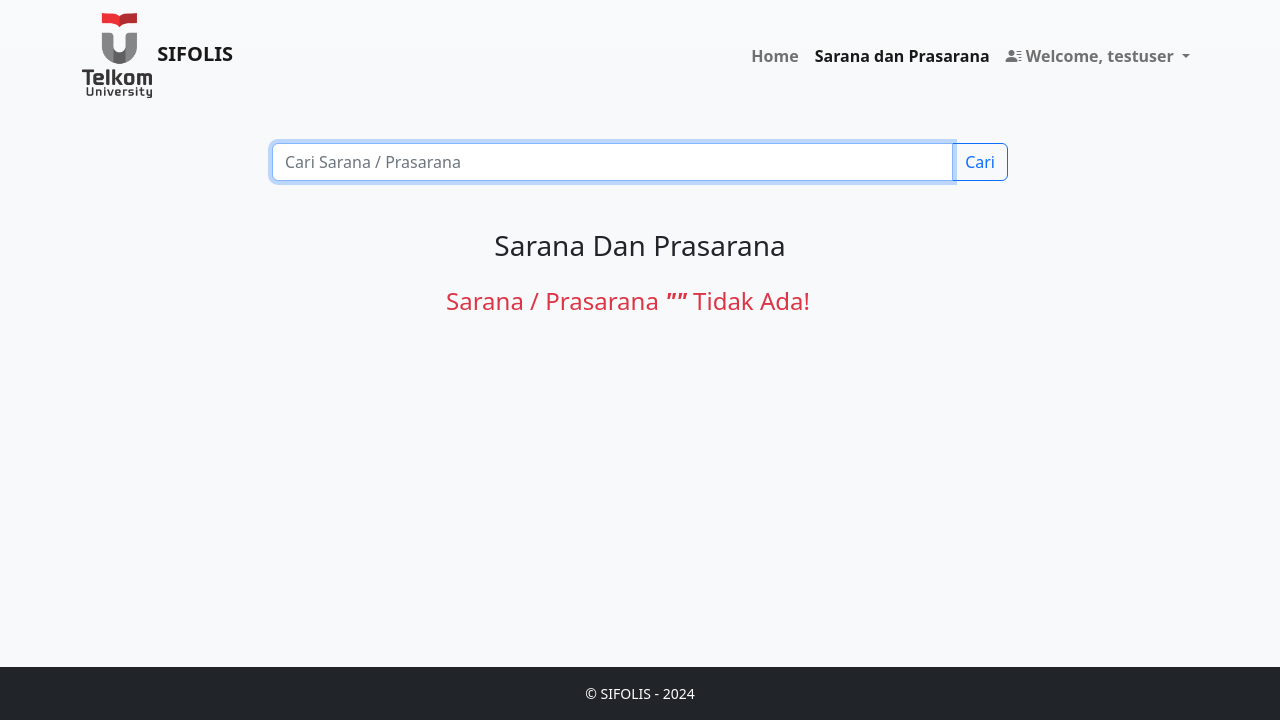
Repository: Audi87/uas_framework
Page: http://localhost/sarana dan prasarana
An editor plug-in stored every save of this project. The page is shown before and after the next save, followed by the edit.
The browser window is 1280 px wide. The pictures show the whole page.
Some web libraries are served in a nearby version. The page is served by the project's Laravel application, run on PHP 8.4 with Laravel 10. A made-up administrator, Test User (test@example.com), is signed in. Other server files are loaded and not shown. Queries for data that is not in the repository find no rows.

Above is the page before, as saved 2024-06-13 21:37:16.

### routes/web.php
<?php

use App\Http\Controllers\{
    BarangController, ContactController, CustumerController, DataPeminjamanController, HistoryController,
    Home, LoginController, PeminjamanController, ProfilController, RegistrasiController,
    SaranaDanPrasaranaController, AdminController
};
use Illuminate\Support\Facades\Route;


Route::get('/', [Home::class, 'index'])->middleware('auth');

Route::get('/login', [LoginController::class, 'index'])->name('login')->middleware('guest');
Route::post('/login', [LoginController::class, 'login']);
Route::post('/logout', [LoginController::class, 'logout']);

Route::get('/registrasi', [RegistrasiController::class, 'index'])->middleware('guest');
Route::post('/registrasi', [RegistrasiController::class, 'registrasi']);

Route::get('/dashboard', function() {
    return view('dashboard.index', ['title' => 'Dashboard Admin']);
})->middleware('admin');

Route::get('/profil/{user:id}', [ProfilController::class, 'index'])->middleware('auth');

Route::get('/sarana dan prasarana', [SaranaDanPrasaranaController::class, 'index'])->middleware('auth');
Route::resource('/sarana-prasarana', BarangController::class)->middleware('admin');

Route::get('/peminjaman/{barang:id}', [PeminjamanController::class, 'index'])->middleware('auth');
Route::post('/peminjaman/{barang:id}', [PeminjamanController::class, 'peminjaman'])->middleware('auth');

Route::get('/history/{user:id}', [HistoryController::class, 'index'])->middleware('auth');

Route::get('/kembalikan/{id}', [PeminjamanController::class, 'kembalikan'])->middleware('auth');
Route::get('/detail-peminjaman/{id}', [PeminjamanController::class, 'detailPeminjaman'])->middleware('auth');

Route::get('/category/{id}', [SaranaDanPrasaranaController::class, 'category'])->middleware('auth');

Route::get('/custumer', [CustumerController::class, 'index'])->middleware('admin');
Route::get('/custumer/{user:id}', [CustumerController::class, 'detail'])->middleware('admin');

Route::get('/data-peminjaman', [DataPeminjamanController::class, 'index'])->middleware('admin');
Route::get('/data-peminjaman/{id}', [DataPeminjamanController::class, 'detail'])->middleware('admin');

Route::get('/contact', [ContactController::class, 'index'])->middleware('auth');

### app/Models/User.php
<?php

namespace App\Models;

// use Illuminate\Contracts\Auth\MustVerifyEmail;
use Illuminate\Database\Eloquent\Factories\HasFactory;
use Illuminate\Foundation\Auth\User as Authenticatable;
use Illuminate\Notifications\Notifiable;
use Laravel\Sanctum\HasApiTokens;

class User extends Authenticatable
{
    use HasApiTokens, HasFactory, Notifiable;

    /**
     * The attributes that are mass assignable.
     *
     * @var array<int, string>
     */
    // protected $fillable = [
    //     'name',
    //     'email',
    //     'password',
    // ];

    /**
     * The attributes that should be hidden for serialization.
     *
     * @var array<int, string>
     */
    protected $hidden = [
        'password',
        'remember_token',
    ];

    /**
     * The attributes that should be cast.
     *
     * @var array<string, string>
     */
    protected $casts = [
        'email_verified_at' => 'datetime',
    ];

    protected $guarded = ['id'];

    public function peminjaman(){
        return $this->belongsTo(Peminjaman::class);
    }
}

### app/Http/Controllers/SaranaDanPrasaranaController.php
<?php

namespace App\Http\Controllers;

use App\Models\Barang;
use App\Models\Category;
use Illuminate\Http\Request;

class SaranaDanPrasaranaController extends Controller
{

    // FUnction untuk menampilakn data sarana sesuai category
    public function category(Request $request, $id)
    {
        $category = Category::where('id', $id)->first();
        $barang = Barang::where('category_id', $id)->get();

        if($request->search){
            return view('SaranaPrasarana.index', [
                'title' => $category->category . ' All',
                'barangs' => Barang::where('nama_barang', 'LIKE', '%' . $request->search . '%')->latest()->paginate(10),
                'categories' => Category::all()
            ]);
        }else{
            return view('SaranaPrasarana.index', [
                'title' => $category->category . ' All',
                'barangs' => $barang,
                'categories' => Category::all()
            ]);
        }
    }

    // Function untuk pecarian barang
    public function index(Request $request)
    {
        if($request->search){
            return view('SaranaPrasarana.index', [
                'title' => 'Sarana Dan Prasarana',
                'categories' => Category::all(),
                'barangs' => Barang::where('nama_barang', 'LIKE', '%' . $request->search . '%')->latest()->paginate(10)
            ]);
        }else{
            return view('SaranaPrasarana.index', [
                'title' => 'Sarana Dan Prasarana',
                'categories' => Category::all(),
                'barangs' => Barang::all()
            ]);
        }
    }

}

### app/Models/Category.php
<?php

namespace App\Models;

use Illuminate\Database\Eloquent\Factories\HasFactory;
use Illuminate\Database\Eloquent\Model;

class Category extends Model
{
    use HasFactory;

    protected $guarded = ['id'];

    public function barang(){
        return $this->hasMany(Barang::class);
    }

}

### app/Models/Barang.php
<?php

namespace App\Models;

use Illuminate\Database\Eloquent\Factories\HasFactory;
use Illuminate\Database\Eloquent\Model;

class Barang extends Model
{
    protected $table = 'barangs';
    use HasFactory;

    protected $guarded = ['id'];

    public function category()
    {
        return $this->belongsTo(Category::class);
    }

    public function peminjamanDetail()
    {
        return $this->hasMany(PeminjamanDetail::class);
    }

    protected $fillable = [
        'category_id',
        'nama_barang',
        'stok',
        'image',
    ];

}

### resources/views/SaranaPrasarana/index.blade.php
@extends('layouts.main')

@section('content')

    <div class="container-fluid ">
        <div class="container">

            <div class="row mt-3 py-3">
                <div class="col-lg-8 offset-lg-2 col-md-8 offset-md-2 col-sm-8 offset-sm-2 col-12">
                    {{-- Form Search --}}
                    <form action="" method="get">
                        <div class="input-group mb-3">
                            <input type="text" class="form-control" placeholder="Cari Sarana / Prasarana" name="search"
                                value="{{ request('search') }}" autofocus>
                            <button class="btn btn-outline-primary" type="submit" id="button-addon2">Cari</button>
                        </div>
                    </form>
                    {{-- End Form --}}
                </div>
            </div>

            {{-- Jika ada pencarian --}}
            @if (request('search'))
                <div class="row mb-3 text-center mb-3">
                    <div class="col-lg-12">
                        @if ($barangs->count() > 0)
                            <p class="text-success">Pencarian Sarana atau Prasarana <strong
                                    style="font-style: italic">"{{ request('search') }}"</strong> ditemukan!</p>
                        @else
                            <p class="text-danger">Pencarian Sarana atau Prasarana <strong
                                    style="font-style: italic">"{{ request('search') }}"</strong> tidak ditemukan!</p>
                        @endif
                    </div>
                </div>
            @endif
            {{-- End pencarian --}}

            <div class="row mb-3 text-center text-white gx-1">
                @foreach ($categories as $category)
                    <div class="col-lg-3 col-md-3 col-sm-3 col-3">
                        <a href="/category/{{ $category->id }}" class="text-decoration-none text-white">
                            <div class="card bg-primary p-4">
                                <h3>{{ $category->category }}</h3>
                            </div>
                        </a>
                    </div>
                @endforeach
            </div>

            <div class="row text-center mb-3">
                <div class="col-lg-12">
                    <h3>{{ $title }}</h3>
                </div>
            </div>

            {{-- Sarana dan prasana --}}
            @if ($barangs->count() > 0)
                <div class="row mb-3 gx-1">
                    @foreach ($barangs as $barang)
                        <div class="col-lg-4 mb-2">
                            <div class="card p-3" style="align-items: center" >

                                <a href="{{ asset('storage/' . str_replace('public/', '', $barang->image)) }}" target="_blank">
                                    <img src="{{ asset('storage/' . str_replace('public/', '', $barang->image)) }}" width="150px"
                                        title="{{ $barang->nama_barang }}">
                                </a>
                                <div class="card-body">
                                    <h5 class="card-title">{{ $barang->nama_barang }}</h5>
                                    <p class="card-text"><strong>Stok : </strong>{{ $barang->stok }}</p>
                                    <p class="card-text"><strong>Category : </strong>{{ $barang->category->category }}</p>
                                    <a href="/peminjaman/{{ $barang->id }}" class="btn btn-primary btn-sm">Pinjam</a>
                                </div>
                            </div>
                        </div>
                    @endforeach
                </div>
            @else
                <div class="row text-center text-danger">
                    <div class="row mb-3">
                        <h4>Sarana / Prasarana <strong style="font-style: italic">"{{ request('search') }}"</strong> Tidak
                            Ada!</h4>
                    </div>
                </div>
            @endif

            {{-- End sarana dan prasarana --}}

        </div>
    </div>

@endsection

### resources/views/layouts/main.blade.php
<!doctype html>
<html lang="en">
  <head>
    <meta charset="utf-8">
    <meta name="viewport" content="width=device-width, initial-scale=1">
    <title>{{ $title }}</title>

    <link rel="stylesheet" href="/css/stylee.css">

    {{-- Link Aos --}}
    <link rel="stylesheet" href="https://unpkg.com/aos@next/dist/aos.css" />

    {{-- Link Icons Bootstrap --}}
    <link rel="stylesheet" href="https://cdn.jsdelivr.net/npm/bootstrap-icons@1.9.1/font/bootstrap-icons.css">

    <link href="https://cdn.jsdelivr.net/npm/bootstrap@5.2.0/dist/css/bootstrap.min.css" rel="stylesheet" integrity="sha384-gH2yIJqKdNHPEq0n4Mqa/HGKIhSkIHeL5AyhkYV8i59U5AR6csBvApHHNl/vI1Bx" crossorigin="anonymous">
    <link href="https://fonts.googleapis.com/css2?family=Poppins:wght@400;500;600&display=swap" rel="stylesheet">
    <link rel="stylesheet" href="https://cdnjs.cloudflare.com/ajax/libs/font-awesome/6.4.0/css/all.min.css"
        integrity="sha512-iecdLmaskl7CVkqkXNQ/ZH/XLlvWZOJyj7Yy7tcenmpD1ypASozpmT/E0iPtmFIB46ZmdtAc9eNBvH0H/ZpiBw=="
        crossorigin="anonymous" referrerpolicy="no-referrer" />
  </head>
  <body class="bg-light">

    {{-- Include navbar --}}
    @include('navbar.navbar')

    {{-- Content --}}
    @yield('content')
    {{-- End Content --}}

    {{-- Include Footer --}}
    @include('footer.footer')

    <script src="https://cdn.jsdelivr.net/npm/bootstrap@5.2.0/dist/js/bootstrap.bundle.min.js" integrity="sha384-A3rJD856KowSb7dwlZdYEkO39Gagi7vIsF0jrRAoQmDKKtQBHUuLZ9AsSv4jD4Xa" crossorigin="anonymous"></script>

    <script src="https://unpkg.com/aos@next/dist/aos.js"></script>
    <script>
      AOS.init();
    </script>

    {{-- Js Jquery --}}
    <script src="/js/jquery.js"></script>

    {{-- Script js --}}
    <script src="/js/script.js"></script>

  </body>
</html>

### resources/views/navbar/navbar.blade.php
{{-- Navbar --}}
<nav class="navbar navbar-expand-lg bg-light bg-gradient navbar-light">
    <div class="container">
        <a class="navbar-brand" href="/"><img src="img/logo.png" width="70" alt="" data-aos="flip-left"
                data-aos-duration="2000"> SIFOLIS </a>
        <button class="navbar-toggler" type="button" data-bs-toggle="collapse" data-bs-target="#navbarNav"
            aria-controls="navbarNav" aria-expanded="false" aria-label="Toggle navigation">
            <span class="navbar-toggler-icon"></span>
        </button>
        <div class="collapse navbar-collapse" id="navbarNav">
            <ul class="navbar-nav ms-auto">
                <li class="nav-item">
                    <a class="nav-link {{ Request::is('/') ? 'active' : '' }}" aria-current="page"
                        href="/">Home</a>
                </li>
                <li class="nav-item">
                    <a class="nav-link {{ Request::is('sarana dan prasarana') ? 'active' : '' }}" aria-current="page"
                        href="/sarana dan prasarana">Sarana dan Prasarana</a>
                </li>

                @auth
                    <li class="nav-item dropdown">
                        <a class="nav-link dropdown-toggle" href="#" role="button" data-bs-toggle="dropdown"
                            aria-expanded="false">
                            <i class="bi bi-person-lines-fill"></i> Welcome, {{ auth()->user()->username }}
                        </a>
                        <ul class="dropdown-menu">
                            @can('admin')
                                <li><a class="dropdown-item" href="/dashboard">Dashboard Admin</a></li>
                            @endcan
                            <li><a class="dropdown-item" href="/history/{{ auth()->user()->id }}">Peminjaman</a></li>
                            <li><a class="dropdown-item" href="/contact">Contact Us</a></li>
                            <li><a class="dropdown-item" href="/profil/{{ auth()->user()->id }}"><i
                                        class="bi bi-person-lines-fill"></i> My Profil</a></li>
                            <li>
                                <hr class="dropdown-divider">
                            </li>
                            {{-- Form Logout --}}
                            <form action="/logout" method="post">
                                @csrf
                                <button type="submit" class="dropdown-item"
                                    onclick="return confirm('sure want to go out?')"><i class="bi bi-box-arrow-in-left"></i>
                                    Logout</button>
                            </form>
                            {{-- End From --}}
                        </ul>
                    </li>
                @else
                    <li class="nav-item">
                        <a class="nav-link {{ Request::is('login') ? 'active' : '' }}" href="/login"><i
                                class="bi bi-box-arrow-in-right"></i> Login</a>
                    </li>
                @endauth

            </ul>
        </div>
    </div>
</nav>
{{-- End Navbar --}}

### resources/views/footer/footer.blade.php
<div class="container">
    <!-- Konten Halaman di sini -->
</div>
<div class="fixed-bottom">
<footer class="container-fluid bg-dark text-white text-center">
    <div class="container1">
        <div class="row">
            <div class="col-lg-12">
                <small><p class="mt-3">&copy; SIFOLIS - 2024</p></small>
            </div>
        </div>
    </div>
    </div>
</footer>

### public/css/stylee.css
nav ul li {
    font-weight: bold;
}

nav a {
    font-weight: bold;
}

nav ul li:hover {
    background-color: black;
    opacity: 0.8;
    border-radius: 17px;
    text-decoration: underline;
}

### public/js/script.js
$(document).ready(function(){


    window.setTimeout(function(){
        $('.alert').fadeTo(300, 0).slideUp(300, function(){
            $(this).remove();
        });
    }, 4000);

    // Js Show password
    $('#flexCheckDefault').click(function(){
        if($(this).is(':checked')){
            $('#password').attr('type', 'text')
        }else{
            $('#password').attr('type', 'password')
        }
    });

});

Loaded but not shown: app/Http/Controllers/Controller.php (common file); public/js/jquery.js (library)

After the next save:
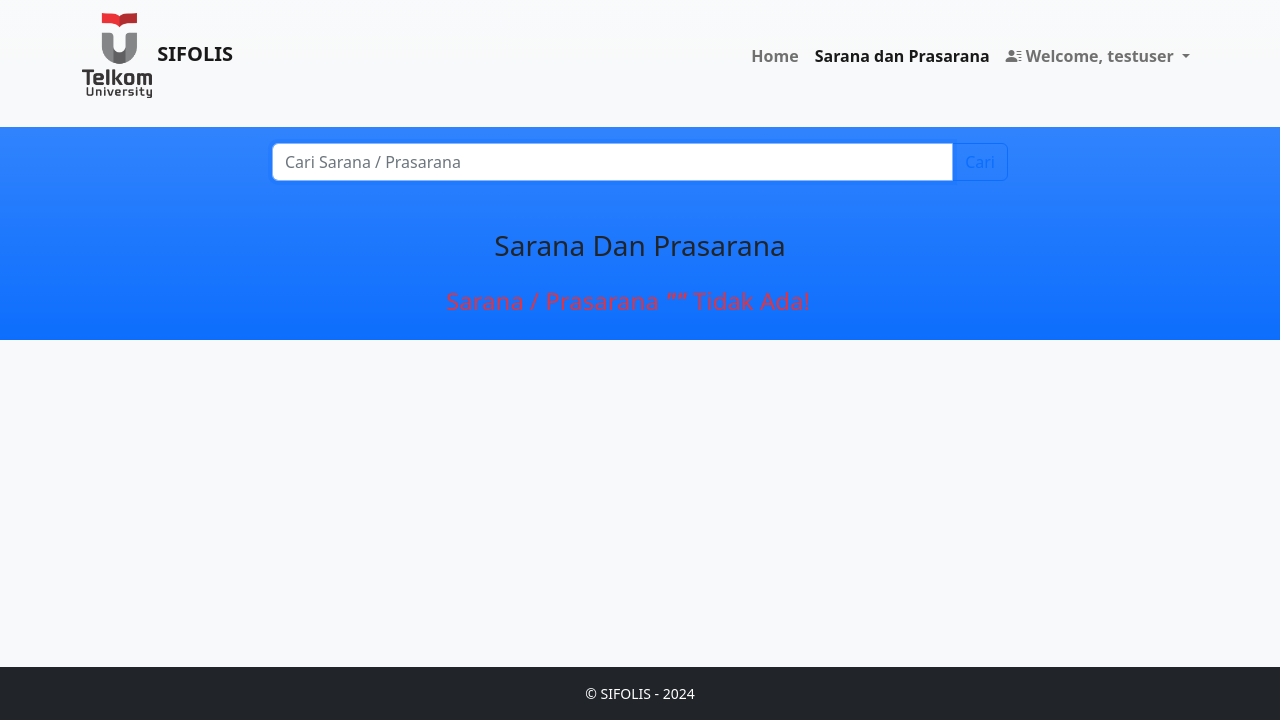
Saved 13 s later.
--- a/resources/views/SaranaPrasarana/index.blade.php
+++ b/resources/views/SaranaPrasarana/index.blade.php
@@ -2,7 +2,7 @@
 
 @section('content')
 
-    <div class="container-fluid ">
+    <div class="container-fluid bg-primary bg-gradient">
         <div class="container">
 
             <div class="row mt-3 py-3">

After the 2 saves that followed:
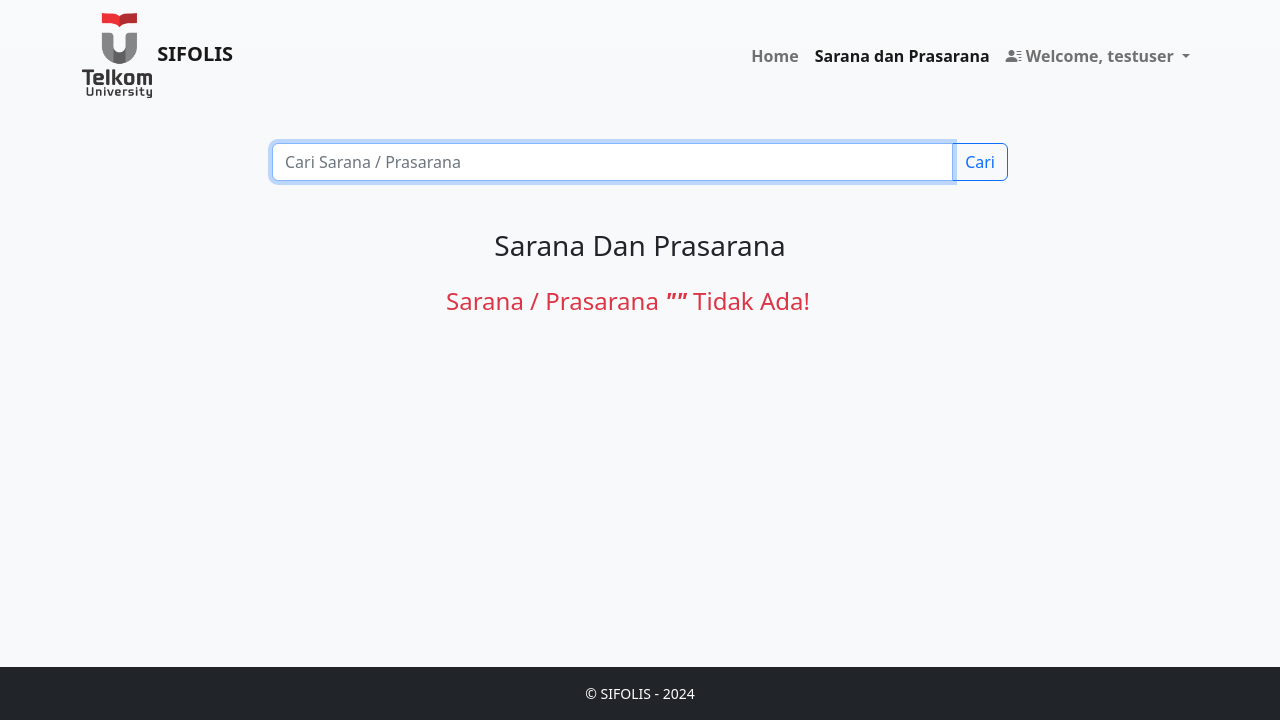
The 2 saves are shown as one change because they came seconds apart.
The last was saved 38 s later.
--- a/resources/views/SaranaPrasarana/index.blade.php
+++ b/resources/views/SaranaPrasarana/index.blade.php
@@ -2,7 +2,7 @@
 
 @section('content')
 
-    <div class="container-fluid bg-primary bg-gradient">
+    <div class="container-fluid">
         <div class="container">
 
             <div class="row mt-3 py-3">
